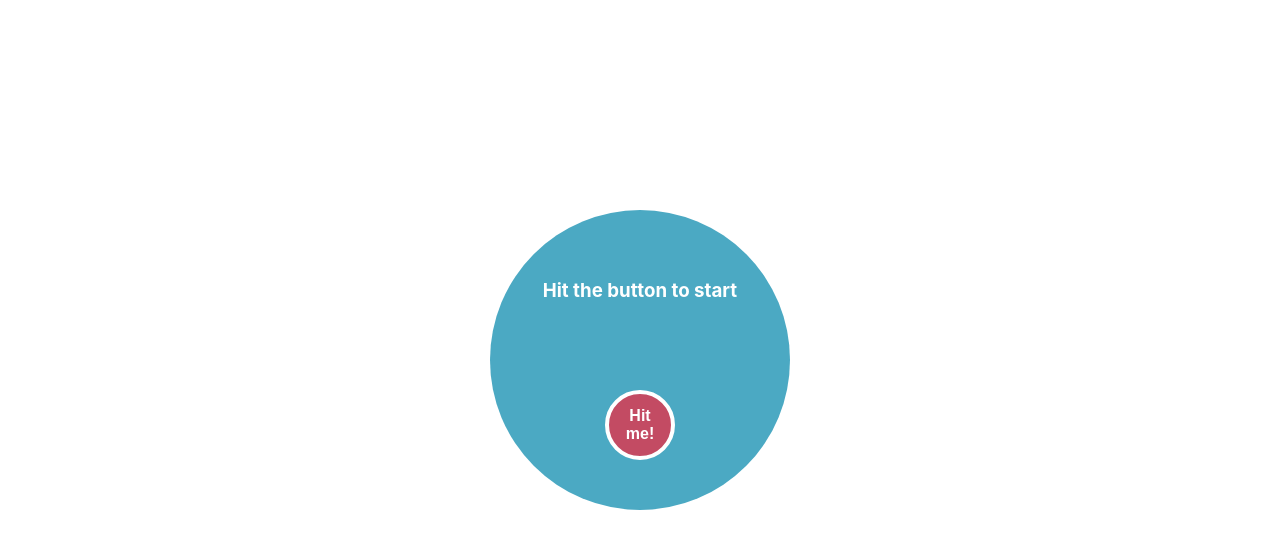
Repository: litalsh/Usless-Counter
Page: /
These files come from the project's save history. The page is drawn as it stood at one moment and after the next save; the edit follows.
The browser window is 1280 px wide. The pictures show the whole page.
The project was rebuilt for these pictures with package versions that can differ from the ones it lists, and the page was loaded fresh each time.

Above is the page before, as saved 2021-02-22 12:43:23.

### src/App.js
import React, { useState } from 'react';
import './App.css';

function App() {
  const [counter, setCounter] = useState(0);

  const clickHandler = () => {
    setCounter(counter + 1)
  }
  return (
    <div className="App">
     {counter === 0 ? <h3>Hit the button to start</h3> : <h3>I clicked it <span>{counter}</span> times already but nothing is happaning!</h3>}
     <button onClick={() => clickHandler()}>Hit me!</button>
    </div>
  );
}

export default App;

### src/App.css
#root{
  display: flex;
  width: 100vw;
  height: 100vh;
  justify-content: center;
  flex-direction: row;
  margin: auto;
}

.App {
  display: flex;
  flex-direction: column;
  justify-content: space-between;
  text-align: center;
  width: 300px;
  height: 300px;
  border-radius: 50%;
  background: #4BA9C3;
  padding: 50px;
  box-sizing: border-box;
  align-self: center;
}

h3 {
  color: #fff;
}

span {
  font-size: x-large;
  font-weight: bolder;
  color: #C34B63 ;
}

button {
  width: 70px;
  height: 70px;
  border-radius: 50%;
  border: 0.3em solid #fff;
  background: #C34B63;
  color: #fff;
  align-self: center;
  font-size: 1rem;
  font-weight: bold;
}

Loaded but not shown: public/index.html (common file); src/index.js (common file); src/index.css (common file); src/reportWebVitals.js (common file)

After the next save:
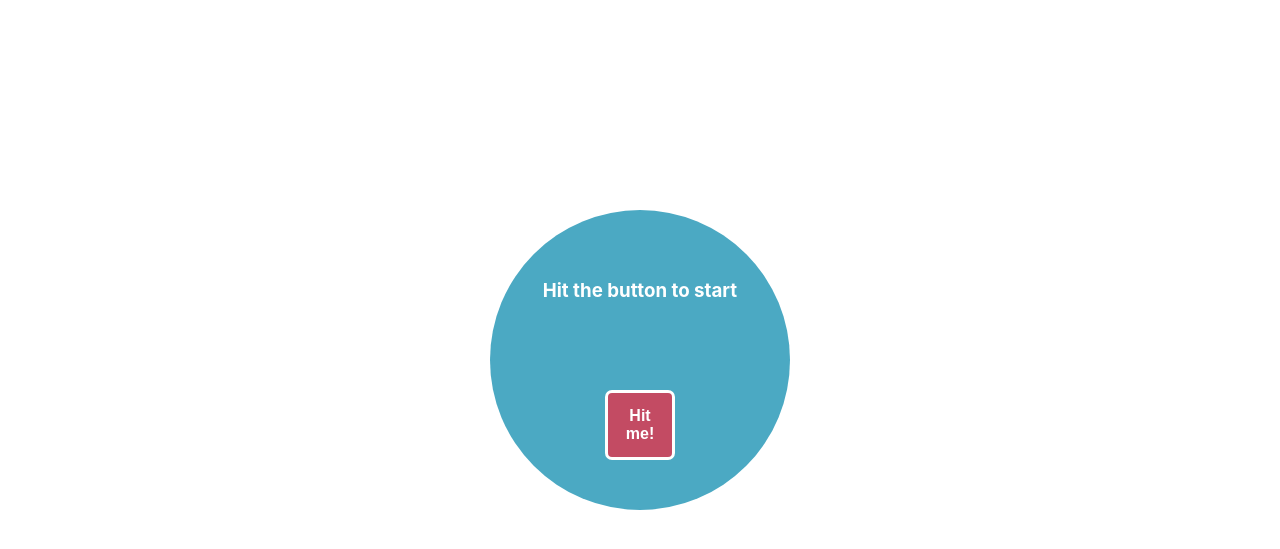
Saved 21 s later.
--- a/src/App.css
+++ b/src/App.css
@@ -34,8 +34,8 @@ span {
 button {
   width: 70px;
   height: 70px;
-  border-radius: 50%;
-  border: 0.3em solid #fff;
+  border-radius: 10%;
+  border: 0.2em solid #fff;
   background: #C34B63;
   color: #fff;
   align-self: center;
